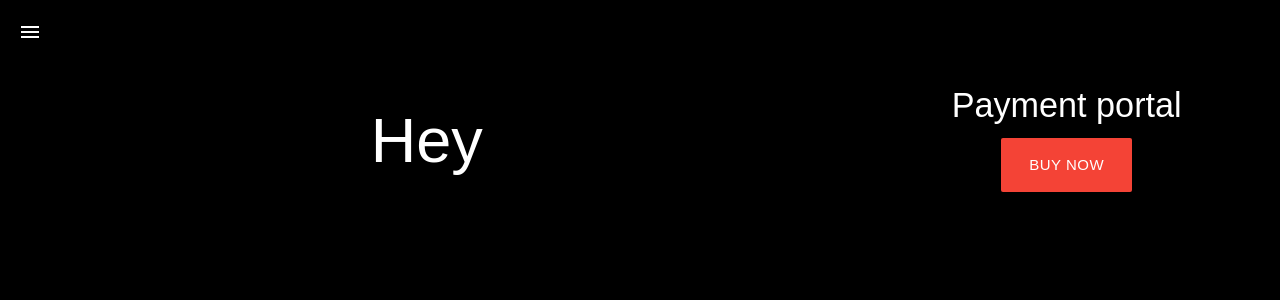
Repository: Ajtheult/final-project
Page: /cart
The author's editor kept a copy of each file at every save. The page is drawn from the files as they stood at one save, then again after the next save.
The browser window is 1280 px wide. The pictures show the whole page.
Some web fonts or font styles are not loaded; a fallback is used. Some web libraries are served in a nearby version. The project was rebuilt for these pictures with package versions that can differ from the ones it lists, and the page was loaded fresh each time. Also part of the build but not shown: src/layout/pages/LandingPage.js, src/layout/pages/About.js, src/layout/pages/catalogue/Keys.js, src/layout/pages/catalogue/String.js, src/layout/pages/catalogue/Woodwind.js, src/layout/pages/catalogue/Percussion.js, src/layout/pages/login/Login.js, src/layout/pages/login/NewSignUp.js.

Above is the page before, as saved 2020-07-23 10:33:11.

After the next save:
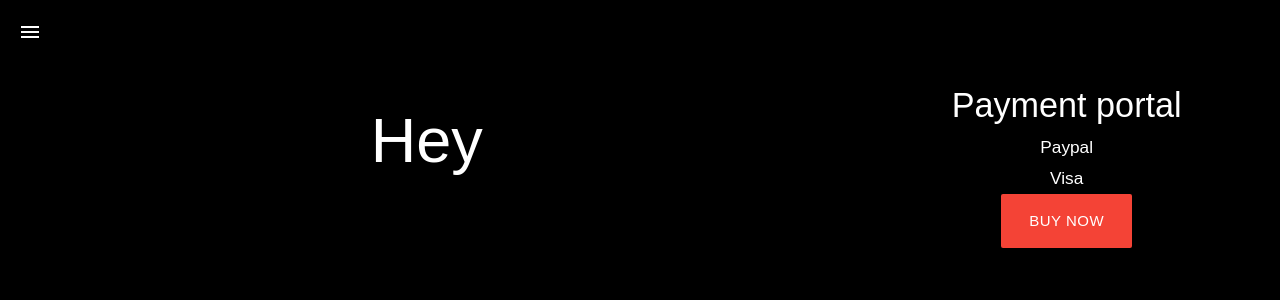
Saved 91 s later.
--- a/src/layout/pages/Cart.js
+++ b/src/layout/pages/Cart.js
@@ -11,6 +11,8 @@ const Cart = () => {
 
         <div class="col s4">
           <h4>Payment portal</h4>
+          <h6>Paypal</h6>
+          <h6>Visa</h6>
           <a class="waves-effect waves-light btn-large red" href="#h">
             Buy now
           </a>
